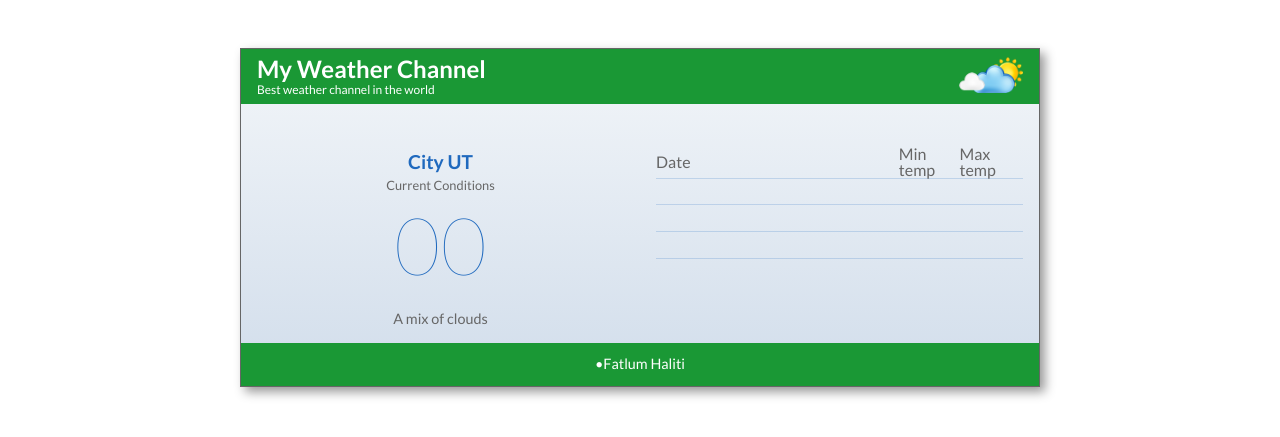
Repository: thinsanta/weather-site
Page: index.html
The author's editor kept a copy of each file at every save. The page is drawn from the files as they stood at one save, then again after the next save.
The browser window is 1280 px wide. The pictures show the whole page.
The page's requests for data from a server got no answer.

Above is the page before, as saved 2019-10-28 11:39:58.

### index.html
<!doctype html>
<html lang="en">
<head>
<meta charset="utf-8">


<title>My Weather Channel</title>

<!-- TELLS PHONES NOT TO LIE ABOUT THEIR WIDTH & stops the font from enlarging when a phone is turned sideways-->
<meta name="viewport" content="width=device-width, initial-scale=1, maximum-scale=1">

<!-- *************** LOAD A GOOGLE FONT ****************** -->
<link href="https://fonts.googleapis.com/css?family=Lato:100,400,700" rel="stylesheet">

<!-- STYLE SHEETS -->
<link href="css/styles.css" rel="stylesheet">

<!-- removes the browser interface -->
<meta name="apple-mobile-web-app-capable" content="yes">
<meta name="mobile-web-app-capable" content="yes">

<meta name="apple-mobile-web-app-title" content="Weather">


<!--[if lt IE 9]>
	<script src="http://html5shim.googlecode.com/svn/trunk/html5.js"></script>
	<script src="http://css3-mediaqueries-js.googlecode.com/svn/trunk/css3-mediaqueries.js"></script>
<![endif]-->

</head>
<body>
	<div id="wrapper">
	<header>
		<figure class="wu"><img src="images/weatherLogo.png"></figure>
    <h1>My Weather Channel</h1>
    <h2>Best weather channel in the world</h2>
    </header>




<!-- page content here -->
<main>
<section id="left">
	<div id="location">City UT</div>
	<div id="weather">Current Conditions</div>
	<div id="temperature">00</div>
	<div id="desc">A mix of clouds</div>
</section>

<section id="right">

<div>
	<span id="r0c1">Date</span>
	<span id="r0c3">Min temp</span>
	<span id="r0c4">Max temp</span>
</div>

<div>
	<span id="r1c1"></span>
	<span> <img id="r1c2" ></span>
	<span id="r1c3"></span>
	<span id="r1c4"></span>
</div>
<div>
	<span id="r2c1"></span>
	<span> <img id="r2c2" ></span>
	<span id="r2c3"></span>
	<span id="r2c4"></span>
</div>
<div>
	<span id="r3c1"></span>
	<span> <img id="r3c2" ></span>
	<span id="r3c3"></span>
	<span id="r3c4"></span>
</div>
</section>







    </main><!-- end content -->


    <footer>
    <p>&bull;Fatlum Haliti</p>
    </footer>

		</div> <!-- end wrapper -->
</body>
	<script type="text/javascript" src="js/main.js"></script>
</html>

### css/styles.css
/* http://meyerweb.com/eric/tools/css/reset/
   v2.0 | 20110126
   License: none (public domain)
*/
html, body, div, span, applet, object, iframe,
h1, h2, h3, h4, h5, h6, p, blockquote, pre,
a, abbr, acronym, address, big, cite, code,
del, dfn, em, img, ins, kbd, q, s, samp,
small, strike, strong, sub, sup, tt, var,
b, u, i, center,
dl, dt, dd, ol, ul, li,
fieldset, form, label, legend,
table, caption, tbody, tfoot, thead, tr, th, td,
article, aside, canvas, details, embed,
figure, figcaption, footer, header, hgroup,
menu, nav, output, ruby, section, summary,
time, mark, audio, video {
  margin: 0;
  padding: 0;
  border: 0;
  font-size: 100%;
  font: inherit;
  vertical-align: baseline; }

/* HTML5 display-role reset for older browsers */
article, aside, details, figcaption, figure,
footer, header, hgroup, menu, nav, section {
  display: block; }

body {
  line-height: 1; }

ol, ul {
  list-style: none; }

blockquote, q {
  quotes: none; }

blockquote:before, blockquote:after,
q:before, q:after {
  content: '';
  content: none; }

table {
  border-collapse: collapse;
  border-spacing: 0; }

/* Prevents iPhone from resizing in landscape mode  */
html {
  -webkit-text-size-adjust: none; }

/*  apply a natural box layout model to all elements  */
* {
  -moz-box-sizing: border-box;
  -webkit-box-sizing: border-box;
  box-sizing: border-box; }

/* BODY  */
body {
  font-size: 16px;
  font-family: 'Lato', sans-serif;
  font-weight: 400;
  color: #666;
  background-color: #fff; }

div#wrapper {
  height: 100vh;
  position: relative;
  background: linear-gradient(#f3f6f9 0%, #d1ddeb 100%); }

/* HEADER  */
header {
  background-color: #1a9835;
  padding: .5rem 0 .5rem 2%; }

header h1, header h2 {
  color: white; }

header h1 {
  font-size: 1.5rem;
  font-weight: 700; }

header h2 {
  font-size: .75rem;
  font-weight: 400;
  padding-top: .2rem; }

header figure {
  float: right;
  width: 80px;
  padding-right: 2%; }

header figure img {
  width: 100%; }

nav {
  background-color: #1f69be;
  padding: 10px 2%; }
  nav input {
    width: 100px;
    padding: 5px 0 5px 10px;
    border: 1px solid #fff;
    border-radius: 5px;
    background-color: rgba(255, 255, 255, 0.5); }
  nav button {
    border: 1px solid #fff;
    background: linear-gradient(to bottom, rgba(255, 255, 255, 0.9) 0%, white 60%, rgba(255, 255, 255, 0.6) 100%);
    border-radius: 5px;
    padding: 5px 10px;
    margin-left: 4%; }

/*end nav*/
/* MAIN  */
main {
  min-height: 5em; }
  main #location {
    margin-top: 3rem;
    text-align: center;
    font-size: 1.2rem;
    font-weight: 700;
    color: #1f69be; }
  main #weather {
    margin-top: .5rem;
    text-align: center;
    font-size: .8rem;
    font-weight: 400; }
  main #temperature {
    margin-top: .75rem;
    text-align: center;
    font-size: 5rem;
    font-weight: 100;
    color: #1f69be; }
  main #desc {
    margin-top: .75rem;
    text-align: center;
    font-size: .9rem;
    font-weight: 400;
    padding: 4%; }
  main #right {
    margin-top: 2rem;
    padding: 0 1rem; }
  main #right img {
    width: 25px; }
  main #right div {
    border-bottom: 1px solid rgba(31, 105, 190, 0.2);
    padding-top: .6rem;
    display: flex;
    display: -ms-flexbox;
    flex-direction: row;
    -ms-flex-direction: row;
    flex-wrap: nowrap;
    align-items: center; }
  main #right div span:nth-child(1) {
    flex-basis: 40%;
    -ms-flex: 1 1 40%; }
  main #right div span:nth-child(2) {
    flex-grow: 1; }
  main #right div span:nth-child(3) {
    flex-grow: 1; }
  main #right div span:nth-child(4) {
    flex-grow: 1; }
    #r0c3{
      padding-left: 30%;
    }

/*  FOOTER  */
footer {
  position: fixed;
  bottom: 0;
  width: 100%;
  text-align: center;
  padding: 1em;
  background-color: #1a9835;
  color: #fff;
  font-size: .9rem; }

/* OTHER */
div.keepOpen {
  clear: both; }

@media only screen and (min-width: 480px) {
  #left, #right {
    float: left;
    width: 50%; } }
@media only screen and (min-width: 800px) {
  div#wrapper {
    max-width: 800px;
    margin: 3rem auto 0 auto;
    border: 1px solid #666;
    height: auto;
    box-shadow: 5px 5px 10px #999; }

  footer {
    clear: both;
    position: relative; } }

/*# sourceMappingURL=styles.css.map */

### js/main.js
/*jslint browser:true */
'use strict';

var weatherConditions = new XMLHttpRequest();
var weatherForecast = new XMLHttpRequest();
var cObj;
var fObj;

// GET THE CONDITIONS
weatherConditions.open('GET', 'http://api.openweathermap.org/data/2.5/weather?q=malmö,se&appid=e1137668a5448f4742c53b5e6df862cb&units=metric', true);
weatherConditions.responseType = 'text';
weatherConditions.send();

weatherConditions.onload = function() {
    if (weatherConditions.status === 200){
        cObj = JSON.parse(weatherConditions.responseText);
        console.log(cObj);
        document.getElementById('location').innerHTML=cObj.name;
        document.getElementById('temperature').innerHTML=cObj.main.temp;
        document.getElementById('desc').innerHTML="Wind speed: "+cObj.wind.speed+"m/s";
        document.getElementById('weather').innerHTML=cObj.weather[0].description;

    } //end if
}; //end function










// GET THE FORECARST
weatherForecast.open('GET', 'http://api.openweathermap.org/data/2.5/forecast?q=malmö,se&appid=e1137668a5448f4742c53b5e6df862cb&units=metric', true);
weatherForecast.responseType = 'text';
weatherForecast.send();

weatherForecast.onload = function() {
if (weatherForecast.status === 200){
	fObj = JSON.parse(weatherForecast.responseText);
    console.log(fObj);

//----------------DAY 1 ---------------------------------------

    var date_raw =fObj.list[0].dt_txt
    date_raw = date_raw.substring(2,16);
    document.getElementById('r1c1').innerHTML=date_raw;

    var iconcode = fObj.list[0].weather[0].icon;
    var icon_path = "http://openweathermap.org/img/w/" +iconcode+ ".png";
    document.getElementById('r1c2').src = icon_path;
    document.getElementById('r1c3').innerHTML = fObj.list[0].main.temp_min+"&deg;";
    document.getElementById('r1c4').innerHTML = fObj.list[0].main.temp_max+"&deg;";

//----------------DAY 2 ---------------------------------------

var date_raw =fObj.list[8].dt_txt
    date_raw = date_raw.substring(2,16);
    document.getElementById('r2c1').innerHTML=date_raw;

    var iconcode = fObj.list[8].weather[0].icon;
    var icon_path = "http://openweathermap.org/img/w/" +iconcode+ ".png";
    document.getElementById('r2c2').src = icon_path;
    document.getElementById('r2c3').innerHTML = fObj.list[0].main.temp_min+"&deg;";
    document.getElementById('r2c4').innerHTML = fObj.list[0].main.temp_max+"&deg;";

    //----------------DAY 3 ---------------------------------------

var date_raw =fObj.list[16].dt_txt
date_raw = date_raw.substring(2,16);
document.getElementById('r3c1').innerHTML=date_raw;

var iconcode = fObj.list[16].weather[0].icon;
var icon_path = "http://openweathermap.org/img/w/" +iconcode+ ".png";
document.getElementById('r3c2').src = icon_path;
document.getElementById('r3c3').innerHTML = fObj.list[0].main.temp_min+"&deg;";
document.getElementById('r3c4').innerHTML = fObj.list[0].main.temp_max+"&deg;";
} //end if
}; //end function

After the next save:
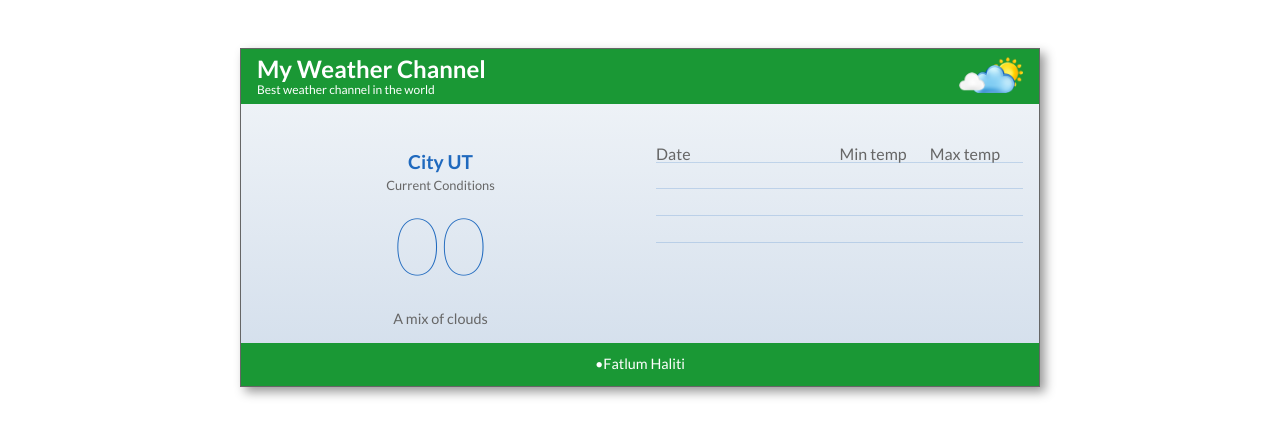
Saved 11 s later.
--- a/css/styles.css
+++ b/css/styles.css
@@ -160,7 +160,7 @@ main {
   main #right div span:nth-child(4) {
     flex-grow: 1; }
     #r0c3{
-      padding-left: 30%;
+      padding-left: 10%;
     }
 
 /*  FOOTER  */
